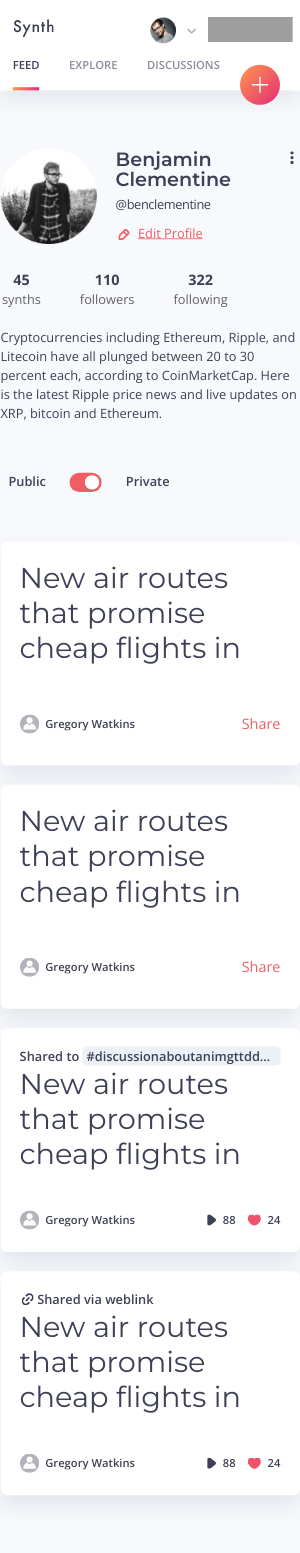
Repository: ecspetra/swivl-test-task
Page: index.html
These files come from the project's save history. The page is drawn as it stood at one moment and after the next save; the edit follows.
The browser window is 375 px wide. The pictures show the whole page, at 80% of full size.
Pictures or frames that could not be fetched are drawn as grey boxes. The style sheet was rebuilt from its Sass, Less or Tailwind sources for each picture, by a compiler version that may differ from the author's.

Above is the page before, as saved 2021-12-11 10:38:40.

After the next save:
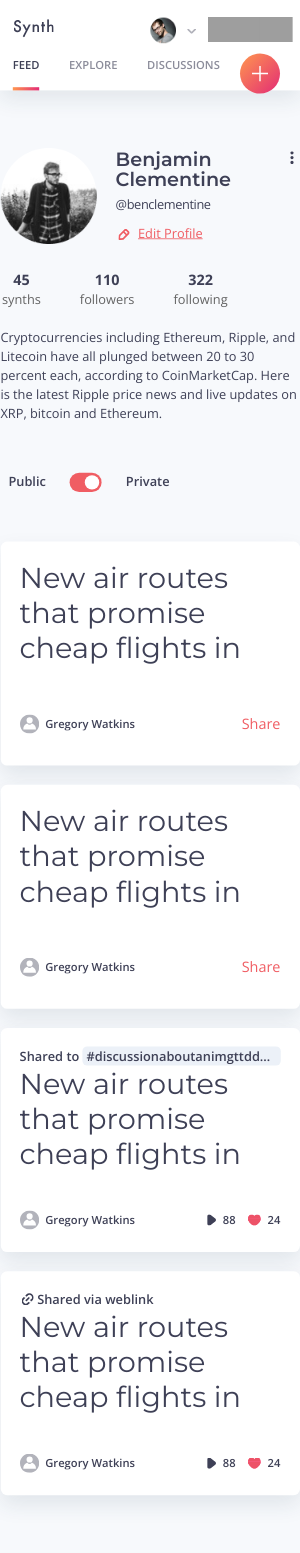
Saved 23 s later.
--- a/scss/style.scss
+++ b/scss/style.scss
@@ -845,6 +845,6 @@ p {
   .header__btn-wrapper {
     width: 50px;
     height: 50px;
-    // top: 100px;
-  }
-}
+    top: 67px;
+  }
+}
